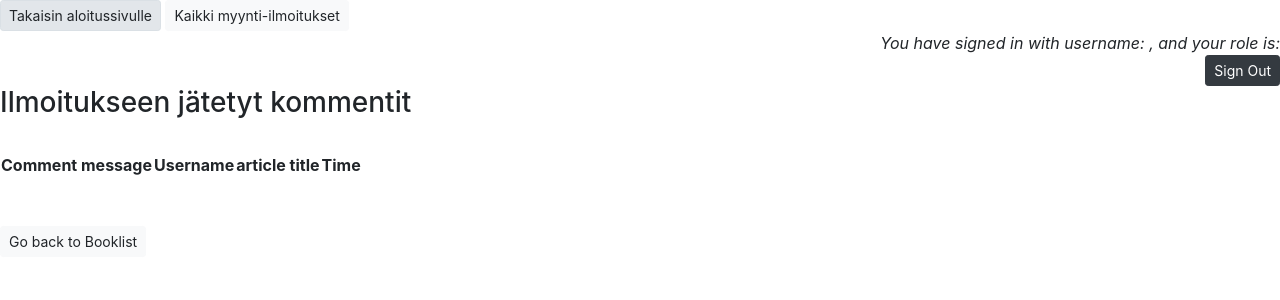
Repository: LiljestromNadja/Backend_s2023_harjoitustyo
Page: http://localhost/articleComments
An editor plug-in stored every save of this project. The page is shown before and after the next save, followed by the edit.
The browser window is 1280 px wide. The pictures show the whole page.
The page is this project's Thymeleaf template; nobody is signed in. The template is opened directly, without the code that normally fills it, so the values that code supplies are empty.

Above is the page before, as saved 2023-11-09 17:52:00.

### harkkas23v01/src/main/resources/templates/articleComments.html
<!DOCTYPE HTML>
<html xmlns:th="http://www.thymeleaf.org">
	<head>
	<title>Ilmoitukseen jätetyt kommentit</title>
    <meta http-equiv="Content-Type" content="text/html; charset=UTF-8" />
    <!-- Bootstrap-linkki vaihdettu tähän 04-10-2023 -->
	<link rel="stylesheet" href="https://cdn.jsdelivr.net/npm/bootstrap@4.0.0/dist/css/bootstrap.min.css" integrity="sha384-Gn5384xqQ1aoWXA+058RXPxPg6fy4IWvTNh0E263XmFcJlSAwiGgFAW/dAiS6JXm" crossorigin="anonymous"> <!-- Lisättiin tyyli, bootstrap 4.0 -->
	<!-- Lisättiin tyyli, bootstrap 4.0 -->
	</head>
	<body>
		<div>
			<a href="/index"><button class="text-left btn btn-light btn-sm">Takaisin aloitussivulle</button></a>
			<a href="/articlelist"><button class="text-left btn btn-light btn-sm">Kaikki myynti-ilmoitukset</button></a>
		</div>

		<div class="text-right">
			<i>You have signed in with username: <b sec:authentication="name"></b>,
				and your role is: <b sec:authentication="principal.authorities"></b></i>

			<br>
			<form class="text-right" th:action="@{/logout}" method="post">
				<input type="submit" value="Sign Out" class="btn btn-sm btn-dark" />
			</form>

		</div>
		<h3>Ilmoitukseen jätetyt kommentit</h3>


		<table>
			<tr>
				<th>Comment message</th> <!-- th == tableHeader -->
	<!-- 		<th>User</th>  -->
				<th>Username</th>
	<!--  		<th>Book id</th> -->
				<th>article title</th>
	<!--  		<th>Danger zone</th> -->
				<th>Time </th>

				</br>
			</tr>
			<tr th:each="comment : ${comments}">
				<td th:text="${comment.commentmessage}"></td>
	<!--  	 	<td th:text="${comment?.applicationuser?.id}"></td> -->
		 		<td th:text="${comment?.applicationuser?.username}"></td>
	<!--		<td type="hidden" th:text="${comment?.article?.id}"></td> -->

				<td th:text="${comment?.article?.title}"></td>
				<td th:text="${comment.commentcreated}"></td>








			</tr>
		</table>
		<br></br>
		<a href="/articlelist"><button class="text-left btn btn-light btn-sm">Go back to Booklist</button></a>

		<!-- USER tai ADMIN voi lisätä kommentin. Linkki osoittaa endpointiin addCommentByBookId,
		 josta kommentti liitetään kirjaan, jonka kommentit yläpuolella tällä sivulla listataan-->
		<a sec:authorize="hasAuthority('ADMIN') or hasAuthority('USER')"  th:href="@{addComment/}"><button
				class="text-left btn btn-dark btn-sm">Add new Comment</button></a>





				<!-- Nappia painamalla kommentin lisäys -->
		<br></br>



	</body>
</html>

After the next save:
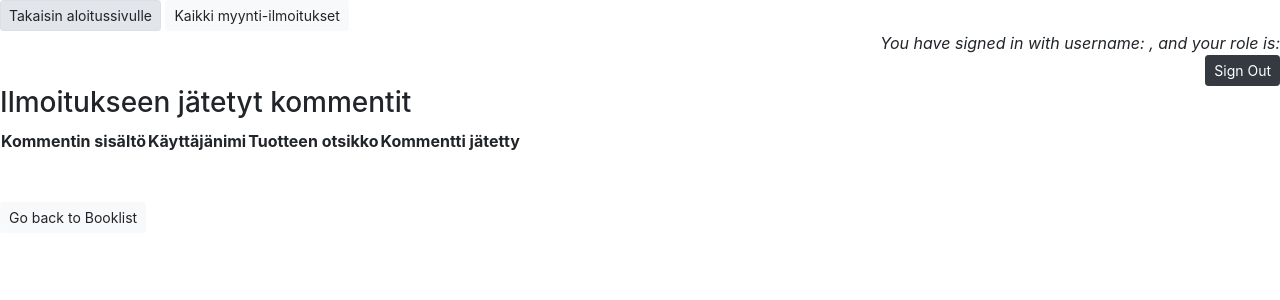
Saved 68 s later.
--- a/harkkas23v01/src/main/resources/templates/articleComments.html
+++ b/harkkas23v01/src/main/resources/templates/articleComments.html
@@ -28,15 +28,14 @@
 
 		<table>
 			<tr>
-				<th>Comment message</th> <!-- th == tableHeader -->
+				<th>Kommentin sisältö</th> <!-- th == tableHeader -->
 	<!-- 		<th>User</th>  -->
-				<th>Username</th>
+				<th>Käyttäjänimi</th>
 	<!--  		<th>Book id</th> -->
-				<th>article title</th>
+				<th>Tuotteen otsikko</th>
 	<!--  		<th>Danger zone</th> -->
-				<th>Time </th>
+				<th>Kommentti jätetty</th>
 
-				</br>
 			</tr>
 			<tr th:each="comment : ${comments}">
 				<td th:text="${comment.commentmessage}"></td>
